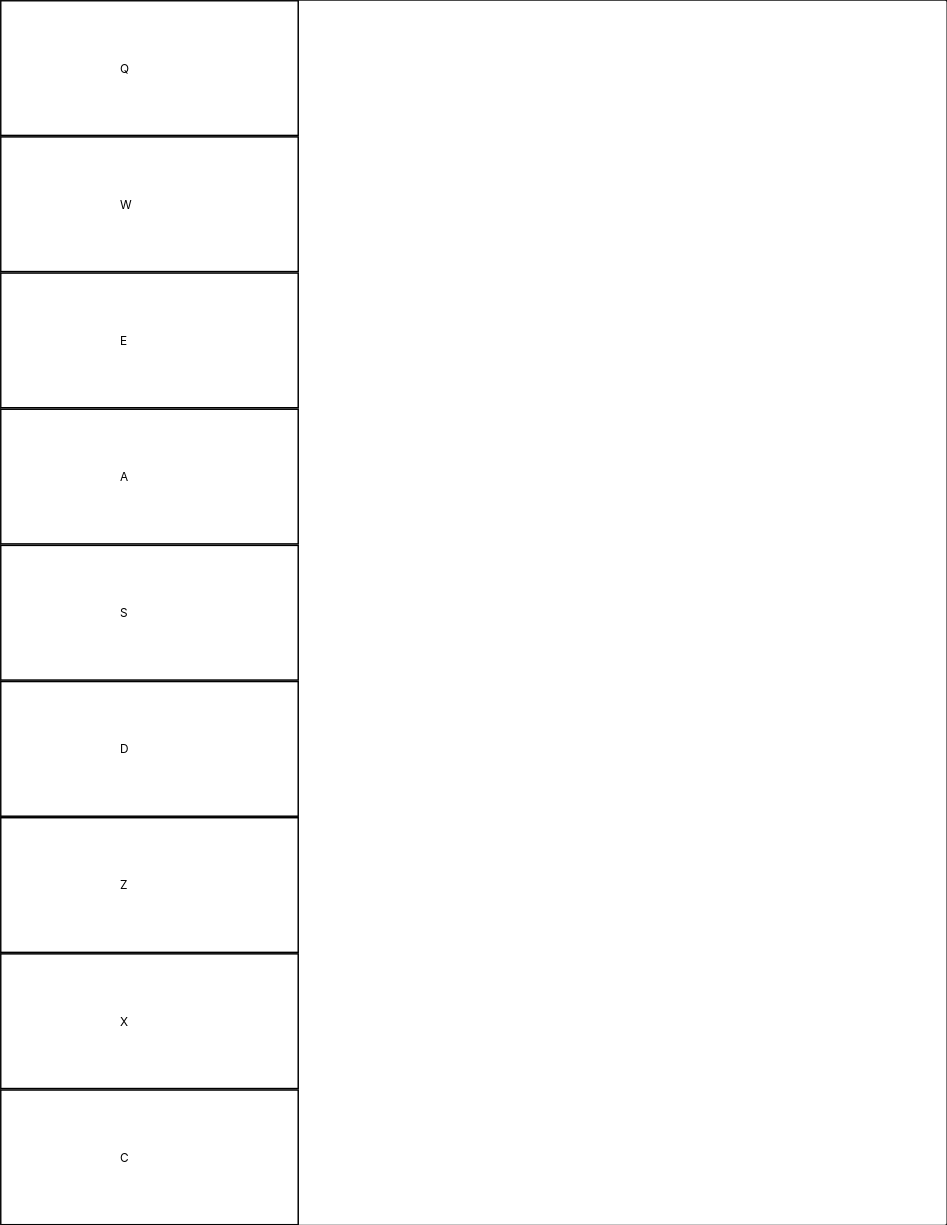
Repository: milac0/drum-machine
Page: /
These files come from the project's save history. The page is drawn as it stood at one moment and after the next save; the edit follows.
The browser window is 1280 px wide. The pictures show the whole page, at 74% of full size.
The project was rebuilt for these pictures with package versions that can differ from the ones it lists, and the page was loaded fresh each time.

Above is the page before, as saved 2019-10-25 17:19:36.

### public/index.html
<!DOCTYPE html>
<html lang="en">
  <head>
    <meta charset="utf-8" />
    <link rel="shortcut icon" href="%PUBLIC_URL%/favicon.ico" />
    <meta name="viewport" content="width=device-width, initial-scale=1" />
    <meta name="theme-color" content="#000000" />
    <!--
      manifest.json provides metadata used when your web app is installed on a
      user's mobile device or desktop. See https://developers.google.com/web/fundamentals/web-app-manifest/
    -->
    <link rel="manifest" href="%PUBLIC_URL%/manifest.json" />
    <!--
      Notice the use of %PUBLIC_URL% in the tags above.
      It will be replaced with the URL of the `public` folder during the build.
      Only files inside the `public` folder can be referenced from the HTML.

      Unlike "/favicon.ico" or "favicon.ico", "%PUBLIC_URL%/favicon.ico" will
      work correctly both with client-side routing and a non-root public URL.
      Learn how to configure a non-root public URL by running `npm run build`.
    -->
    <title>Drum Machine</title>
  </head>
  <body>
    <noscript>You need to enable JavaScript to run this app.</noscript>
    <div id="root"></div>
    <!--
      This HTML file is a template.
      If you open it directly in the browser, you will see an empty page.

      You can add webfonts, meta tags, or analytics to this file.
      The build step will place the bundled scripts into the <body> tag.

      To begin the development, run `npm start` or `yarn start`.
      To create a production bundle, use `npm run build` or `yarn build`.
    -->
    <script src="https://cdn.freecodecamp.org/testable-projects-fcc/v1/bundle.js"></script>
  </body>
</html>

### src/index.css
html {
  height: 100%;
}

body {
  margin: 0;
  padding: 0;
  height: 100%;
  min-height: 100%;
  width: 100%;
  font-family: -apple-system, BlinkMacSystemFont, "Segoe UI", "Roboto", "Oxygen",
    "Ubuntu", "Cantarell", "Fira Sans", "Droid Sans", "Helvetica Neue",
    sans-serif;
  -webkit-font-smoothing: antialiased;
  -moz-osx-font-smoothing: grayscale;
}
#root{
  height: 100%;
}
code {
  font-family: source-code-pro, Menlo, Monaco, Consolas, "Courier New",
    monospace;
}

### src/App.js
import React, { Fragment } from "react";
import "./App.css";
import DrumPad from "./Components/DrumPad";

class App extends React.Component {
  constructor(props) {
    super(props);
    this.references = {};
    this.state = { display: "" };
    this.keyPressRef = React.createRef();
    this.handleClick = this.handleClick.bind(this);
    this.handleKeyDown = this.handleKeyDown.bind(this);
    this.getOrCreateRef = this.getOrCreateRef.bind(this);
    this.setDisplay = this.setDisplay.bind(this);
  }

  componentDidMount() {
    this.keyPressRef.current.focus();
  }

  handleClick = id => {
    // console.log(this.references[id].current);
    this.references[id].current.play();
    this.references[id].current.currentTime = 0;
    this.setDisplay(id);
  };

  handleKeyDown = e => {
    if (this.references.hasOwnProperty(e.key.toUpperCase())) {
      this.references[e.key.toUpperCase()].current.play();
      this.references[e.key.toUpperCase()].current.currentTime = 0;
    }
    this.setDisplay(e.key.toUpperCase());
  };

  setDisplay(id) {
    let display;
    try {
      display = drums.filter(elem => elem.id === id)[0].text;
    } catch {
      display = this.state.display;
    }
    console.log(display);
    this.setState({ display });
  }

  getOrCreateRef(id) {
    if (!this.references.hasOwnProperty(id)) {
      return (this.references[id] = React.createRef());
    } else return this.references[id];
  }

  render() {
    return (
      <Fragment>
      <div
        id="drum-machine"
        ref={this.keyPressRef}
        onKeyDown={this.handleKeyDown}
        tabIndex="0"
      >


        {/* <div id="drum-pads"> */}
          {drums.map((elem, i) => (
            <DrumPad
              name={elem.text}
              ref={this.getOrCreateRef(elem.id)}
              clickHandler={this.handleClick}
              id={elem.id}
              src={elem.src}
              key={i}
            />
          ))}
        {/* </div> */}
      </div>
      <p id="display">{this.state.display}</p>
      </Fragment>
    );
  }
}

const drums = [
  {
    id: "Q",
    text: "hit the nail",
    src:
      "https://sampleswap.org/samples-ghost/DRUMS%20(SINGLE%20HITS)/Kicks/16[kb]808bd.aif.mp3"
  },
  {
    id: "W",
    text: "badong",
    src:
      "https://sampleswap.org/samples-ghost/DRUMS%20(SINGLE%20HITS)/Kicks/152[kb]808bd3.aif.mp3"
  },
  {
    id: "E",
    text: "stop kick",
    src:
      "https://sampleswap.org/samples-ghost/DRUMS%20(SINGLE%20HITS)/Kicks/15[kb]808bd2.aif.mp3"
  },
  {
    id: "A",
    text: "pang",
    src:
      "https://sampleswap.org/samples-ghost/DRUMS%20(SINGLE%20HITS)/Kicks/152[kb]808distbd.aif.mp3"
  },
  {
    id: "S",
    text: "boing",
    src:
      "https://sampleswap.org/samples-ghost/DRUMS%20(SINGLE%20HITS)/Kicks/67[kb]808sub.aif.mp3"
  },
  {
    id: "D",
    text: "absolute insane kikdrum",
    src:
      "https://sampleswap.org/samples-ghost/DRUMS%20(SINGLE%20HITS)/Kicks/69[kb]absolutely-insane-kikdrum.wav.mp3"
  },
  {
    id: "Z",
    text: "absurdistan kick",
    src:
      "https://sampleswap.org/samples-ghost/DRUMS%20(SINGLE%20HITS)/Kicks/34[kb]absurdistan-kick.wav.mp3"
  },
  {
    id: "X",
    text: "backwards in crash",
    src:
      "https://sampleswap.org/samples-ghost/DRUMS%20(SINGLE%20HITS)/Gongs%20and%20Super%20Crashes/61[kb]backwards-in-crash.aif.mp3"
  },
  {
    id: "C",
    text: "cymbals",
    src:
      "https://sampleswap.org/samples-ghost/DRUMS%20(SINGLE%20HITS)/Cymbals/100[kb]curiouscym1.aif.mp3"
  }
];

export default App;

### src/App.css
/* #drum-pads {
  max-width: 40%;
  height: auto;
  margin: 0 auto;
  padding: 10px;
  position: relative;
  margin: 0 auto;
  align-self: auto;
  display: inline-grid;
} */

.drum-machine {
  display: grid;
}

.drum-pad {
  width: 80px;
  padding: 5em 10em;
  border: 2px solid black;
}

/* #display {
  margin: 0 auto;
  height: 30px;
  width: 200px;
  padding: 10px;
  background: #FDC8C8;
  text-align: center;
}

.drum-pad {
  width: 240px;
  text-align: center;
  border: 1px solid black;
  padding: 1rem 1.5rem;
}

#W {
  grid-column-start: 2;
  grid-column-end: 3;
}

#E {
  grid-column-start: 3;
  grid-column-end: 4;
}

.drum-pad:hover {
  cursor: pointer;
} */

### src/Components/DrumPad.js
import React from "react";

const DrumPad = React.forwardRef((props, ref) => (
  <div
    className="drum-pad"
    id={props.id}
    onClick={() => props.clickHandler(props.id)}
    text={props.name}
  >
    {props.id}
    <audio ref={ref} src={props.src} className="clip" id={props.id}></audio>
  </div>
));

export default DrumPad;

Loaded but not shown: src/index.js (common file)

After the next save:
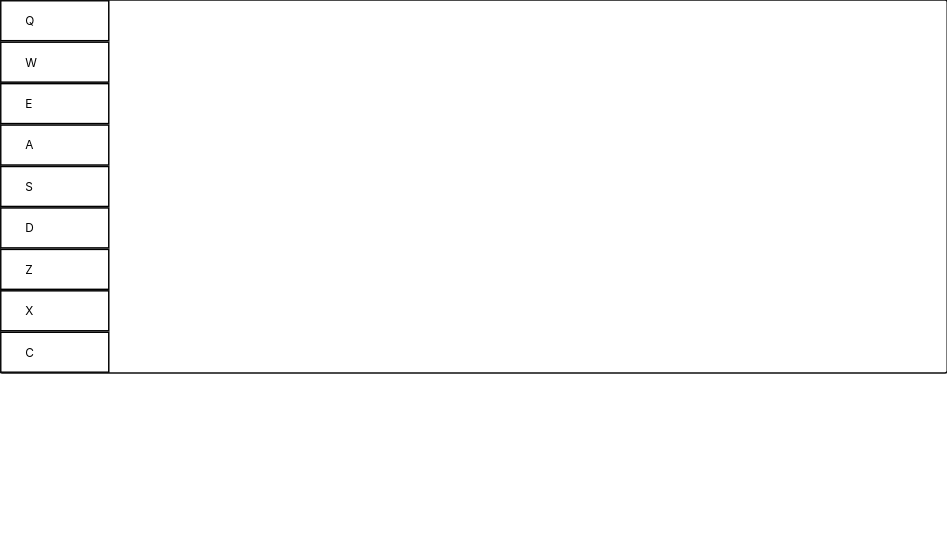
Saved 11 s later.
--- a/src/App.css
+++ b/src/App.css
@@ -15,7 +15,7 @@
 
 .drum-pad {
   width: 80px;
-  padding: 5em 10em;
+  padding: 1em 2em;
   border: 2px solid black;
 }
 
